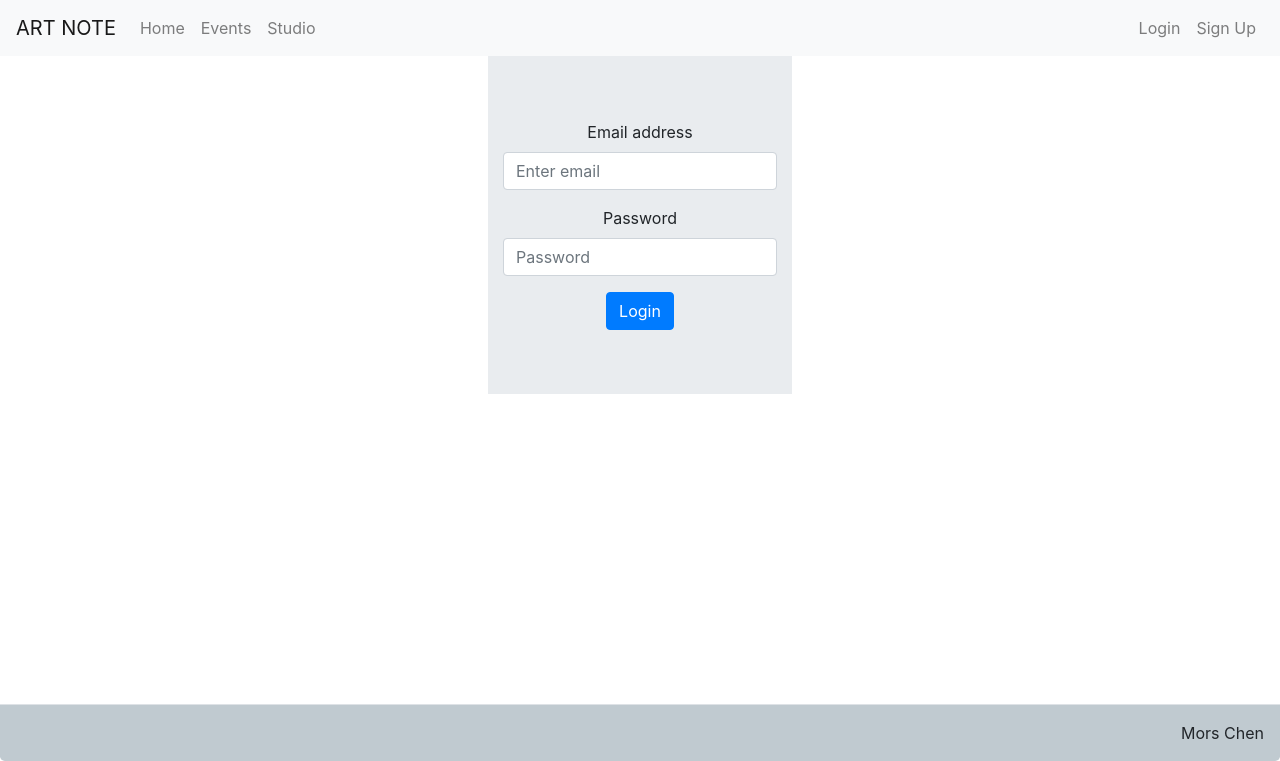
Repository: MorsChen/Final-Client
Page: /login (app in client-app/)
These files come from the project's save history. The page is drawn as it stood at one moment and after the next save; the edit follows.
The browser window is 1280 px wide. The pictures show the whole page.
The page's requests for data from a server got no answer. The project was rebuilt for these pictures with package versions that can differ from the ones it lists, and the page was loaded fresh each time. No one was signed in, and anything a server would have sent is missing. Also part of the build but not shown: client-app/src/page/Home.js, client-app/src/page/SignUp.js, client-app/src/page/Profile.js.

Above is the page before, as saved 2019-10-01 14:28:41.

After the next save:
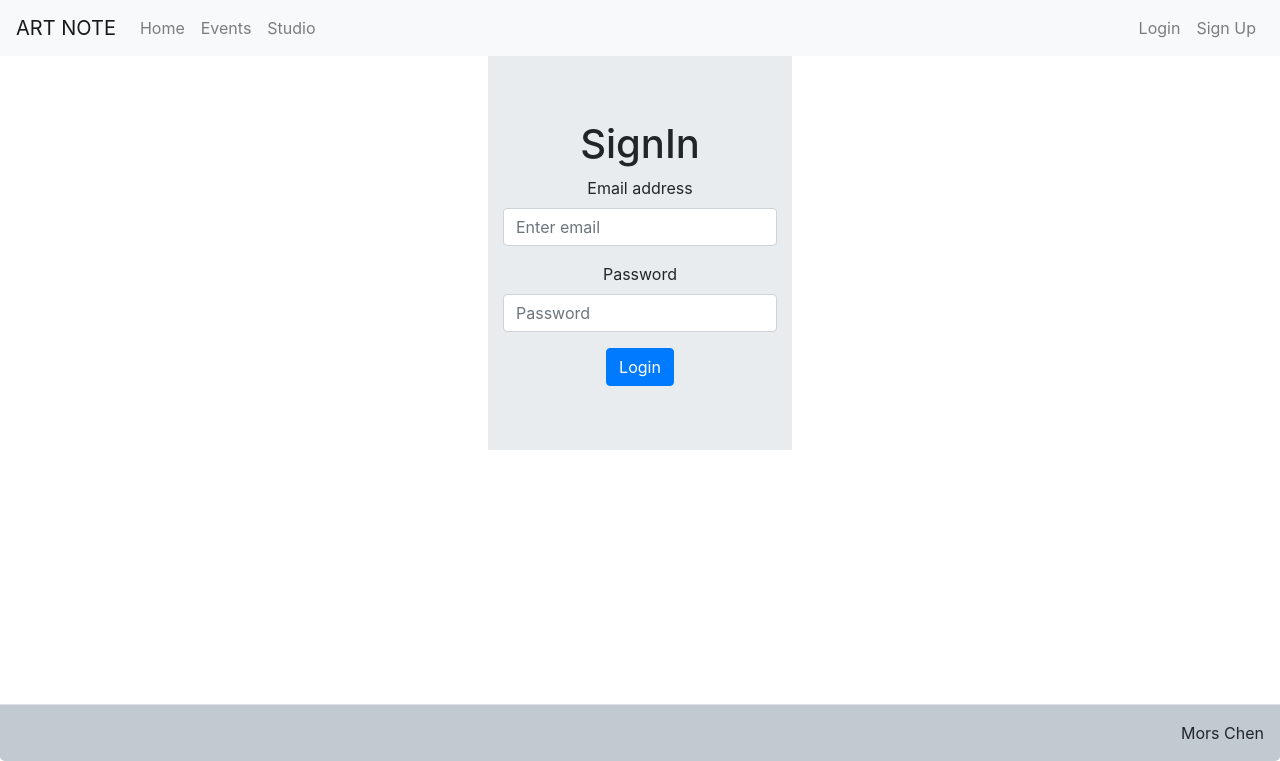
Saved 66 s later.
--- a/client-app/src/page/Login.js
+++ b/client-app/src/page/Login.js
@@ -73,6 +73,7 @@ export default class Login extends Component {
                     onChange={e => this.handleChange(e)}
                 >
                     <div className="form-group">
+                    <h1 style={{ textAlign: "center" }}>SignIn</h1>
                     <label for="exampleInputEmail1">Email address</label>
                     <input
                         type="email"
